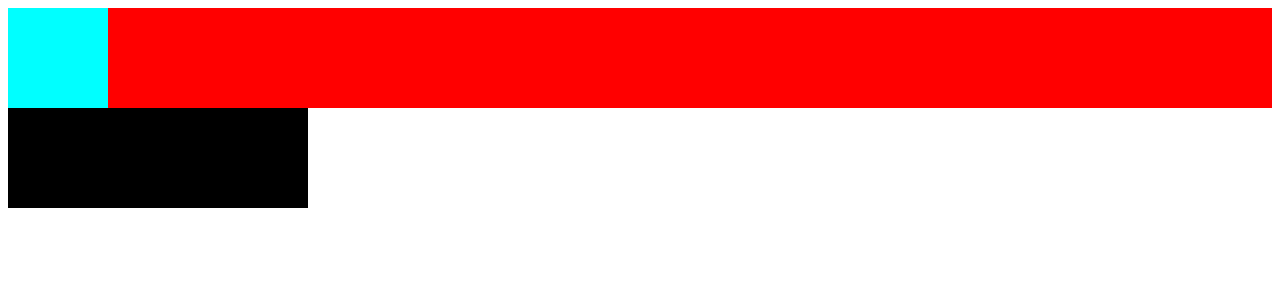
Repository: leehyeonung/myproject
Page: http://localhost/myproject/
An editor plug-in stored every save of this project. The page is shown before and after the next save, followed by the edit.
The browser window is 1280 px wide. The pictures show the whole page.
The page is served by Tomcat 9.

Above is the page before, as saved 2023-03-15 13:39:35.

After the next save:
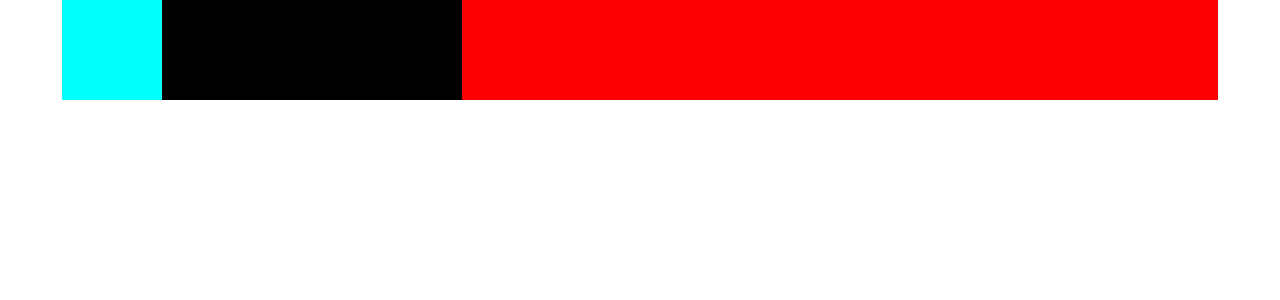
Saved 45 s later.
--- a/myproject/src/main/webapp/resources/css/header.css
+++ b/myproject/src/main/webapp/resources/css/header.css
@@ -1,3 +1,9 @@
+*{
+	margin: 0px auto;
+	padding: 0px;
+	width: 95%;
+}
+
 header{
 
 height: 100px;
@@ -9,12 +15,15 @@ background-color: red;
 height: 100px;
 width: 100px;
 background-color: aqua;
+display: inline-block;
 }
 
 .brand{
 height: 100px;
 width: 300px;
 background-color: black;
+display: inline-block;
+position: absolute;
 }
 
 .search_box{
